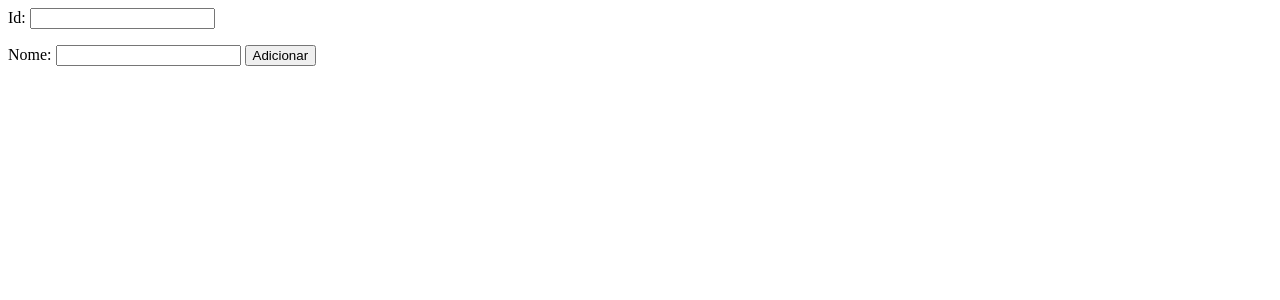
Repository: lmsmorais/ProjectEpiousion
Page: http://localhost/LibraryProject/adicionarLivro.jsp
An editor plug-in stored every save of this project. The page is shown before and after the next save, followed by the edit.
The browser window is 1280 px wide. The pictures show the whole page.
The page is served by Tomcat 9. Other server files are loaded and not shown.

Above is the page before, as saved 2020-11-10 14:40:03.

### LibraryProject/WebContent/adicionarLivro.jsp
<%@ page language="java" contentType="text/html; charset=ISO-8859-1"
    pageEncoding="ISO-8859-1"%>
<!DOCTYPE html>
<html>
<head>
<meta charset="ISO-8859-1">
<title>Adicionar Livro</title>
</head>
<body>

	<form methos="post" action="LivroServlet">

		Id: <input type="text" name="id"/>
		<p>
		Nome: <input type="text" name="nome"/>
		<input type="submit" value="Adicionar"/>

	</form>
</body>
</html>

After the next save:
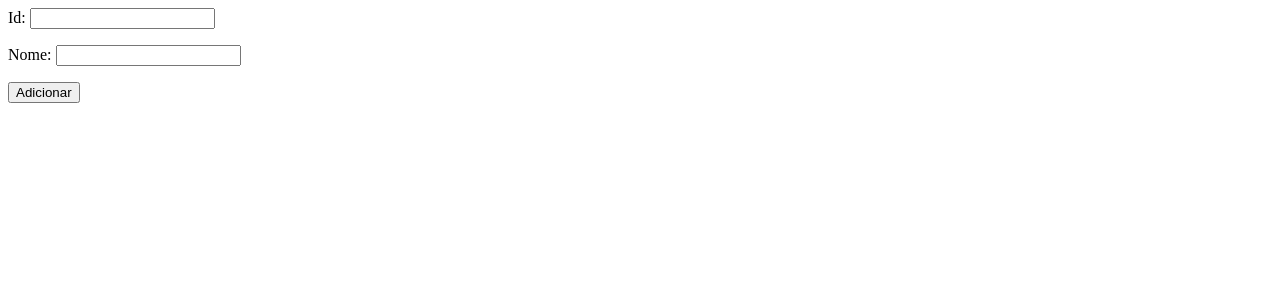
Saved 28 s later.
--- a/LibraryProject/WebContent/adicionarLivro.jsp
+++ b/LibraryProject/WebContent/adicionarLivro.jsp
@@ -13,6 +13,7 @@
 		Id: <input type="text" name="id"/>
 		<p>
 		Nome: <input type="text" name="nome"/>
+		<p>
 		<input type="submit" value="Adicionar"/>
 
 	</form>
